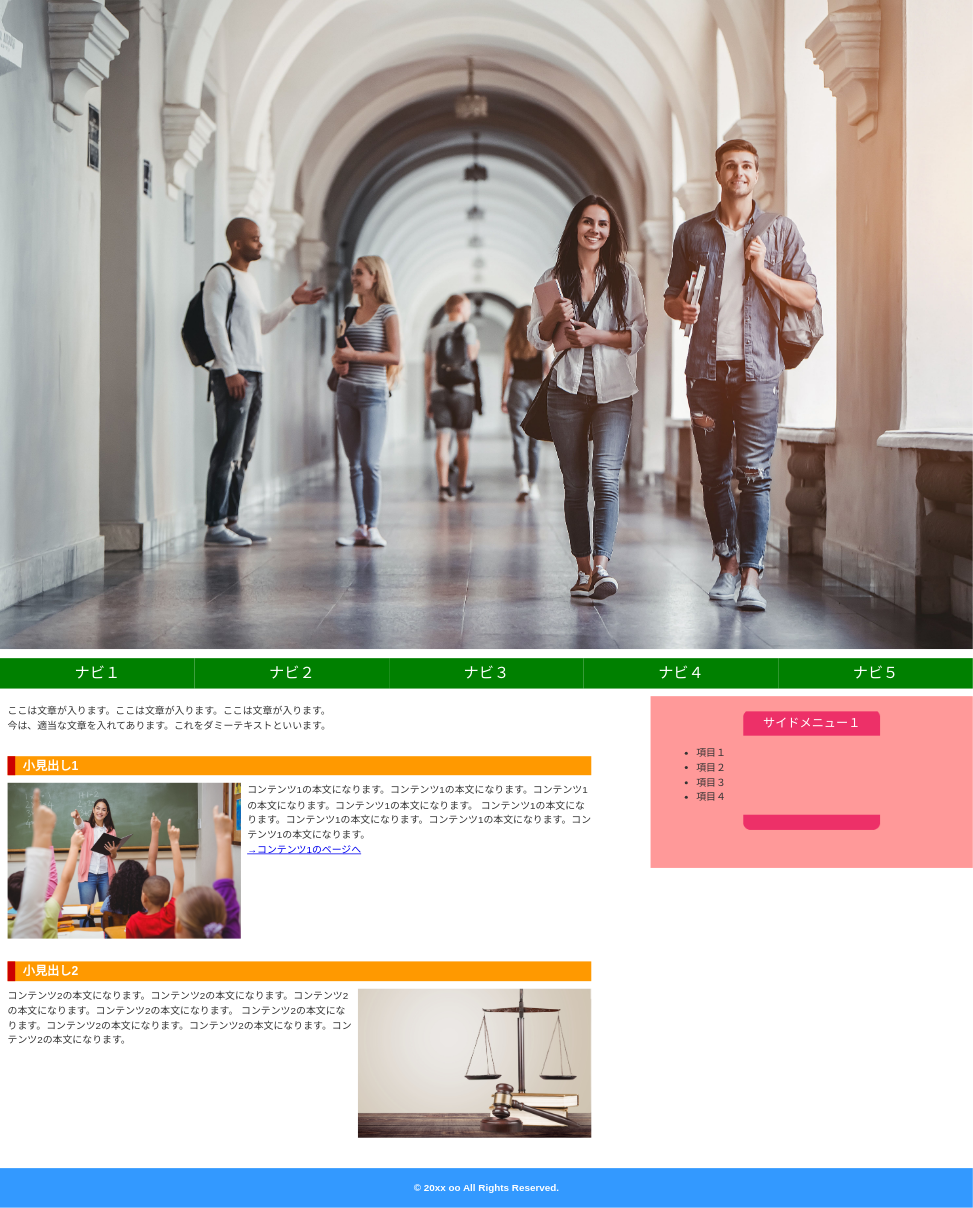
Repository: yoshi1924/samurai_HTML-CSS
Page: home.html
The author's editor kept a record of every edit. The page is drawn from the files as they stood at one moment, then again after the next edit.
The browser window is 1280 px wide. The pictures show the whole page, at 76% of full size.

Above is the page before.

### home.html
    <!DOCTYPE html>
    <html lang="ja">
    <head>
        <meta charset="UTF-8">
        <title>HTML/CSSの学習</title>
        <link rel="stylesheet" href="stylesheet.css">
    </head>
    <body>
        <div id="header">
            <h1><a href="index.html"><img id="corridor" src="images/corridor.jpg" alt="大学の廊下" /></a></h1>
        </div>

        <div id="wrapper">
            <div id="nav">
                <ul>
                    <li><a href="home.html">ナビ１</a></li>
                    <li><a href="#">ナビ２</a></li>
                    <li><a href="#">ナビ３</a></li>
                    <li><a href="#">ナビ４</a></li>
                    <li><a href="#">ナビ５</a></li>
                </ul>
            </div>
        </div>
            <div id="container">
                <div id="main">
                    <div class="post">
                        <p>ここは文章が入ります。ここは文章が入ります。ここは文章が入ります。<br />今は、適当な文章を入れてあります。これをダミーテキストといいます。</p>
                    </div>
                    <div class="post clearfix">
                        <h2>小見出し1</h2>
                        <img class="left" src="images/classroom.jpg" alt="授業風景" />
                        <p>
                            コンテンツ1の本文になります。コンテンツ1の本文になります。コンテンツ1の本文になります。コンテンツ1の本文になります。
                            コンテンツ1の本文になります。コンテンツ1の本文になります。コンテンツ1の本文になります。コンテンツ1の本文になります。
                        </p>
                        <p><a href="#">→コンテンツ1のページへ</a></p>
                    </div>
                    <div class="post clearfix">
                        <h2>小見出し2</h2>
                        <img class="right" src="images/scale.jpg" alt="天秤" />
                        <p>
                            コンテンツ2の本文になります。コンテンツ2の本文になります。コンテンツ2の本文になります。コンテンツ2の本文になります。
                            コンテンツ2の本文になります。コンテンツ2の本文になります。コンテンツ2の本文になります。コンテンツ2の本文になります。
                        </p>
                    </div>
                </div>
                <div id="side">
                    <div class="box">
                        <h2>サイドメニュー１</h2>
                        <div class="boxbody">
                            <ul>
                                <li>項目１</li>
                                <li>項目２</li>
                                <li>項目３</li>
                                <li>項目４</li>
                            </ul>
                        </div>
                    </div>
                </div>
            </div>
            <div id="footer">
            <p>&copy; 20xx oo All Rights Reserved.</p>
        </div>
    </body>
    </html>

### stylesheet.css
@charset "utf-8";

body {
    margin: 0;
    padding: 0;
    font-family: "ヒラギノ角ゴ Pro W3", "Hiragino Kaku Gothic Pro", "メイリオ", Meiryo, Osaka, "ＭＳ Ｐゴシック", "MS PGothic", sans-serif;
    color: #333;
    font-size: 13px;
    line-height: 150%;
}

/* -------------------- wrapper -------------------- */
#wrapper {
    width: 100%;
    margin: auto;
    padding: 0px;
    border: 0px;
    background-color: #FFF;
    top: 10px;
    position: relative;
}

/*  -------------------- header -------------------- */
#header {
    width: 100%;
}

#header h1 {
    margin: 0;
    padding: 0;
}

#corridor {
    width: 100%;
    height: auto;
}

/*  -------------------- footer -------------------- */
#footer {
    clear: both;
    width: 100%;
    padding: 3px 0 3px 0;
    background: #39F;
    color: #FFF;
    font-weight: bold;
    text-align: center;
}

/*  -------------------- nav -------------------- */
#nav {
    width: 100%;
}

#nav ul {
    margin: 0;
    padding: 0;
    list-style-type: none;
}

#nav ul li {
    float: left;
    width: 20%;
    text-align: center;
}

#nav ul li a {
    display: block;
    height: 20px;
    margin: 0;
    padding: 10px;
    color: #fff;
    font-size: 20px;
    text-decoration: none;
    background-color: green;
    border-left: 1px sloid white;
}

#nav ul li a:hover{
    filter: drop-shadow(10px 10px 10px black);
}



/* -------------------- container -------------------- */
#container {
    width: 100%;
    margin: auto;
    padding-top: 20px;
    clear: both;
}


/* -------------------- main -------------------- */
#main {
    float: left;
    width: 60%;
    padding: 10px 30px 10px 10px;
}

#main h2 {
    margin: 0 0 10px 0;
    padding: 3px 10px 3px 10px;
    color: #FFF;
    font-size: 16px;
    border-left: solid 10px #C00;
    background-color: #F90;
}

#main p {
    margin: 0;
    padding: 0;
}

#main .post {
    margin: 0 0 30px 0;
}

#main .post img.right {
    margin: 0 0 0 8px;
}

#main .post img.left {
    margin: 0 8px 0 0;
}

.right {
    float: right;
    width: 40%;
    height: auto;
}

.left {
    float: left;
    width: 40%;
    height: auto;
}

/* -------------------- clearfix -------------------- */
.clearfix {
    zoom: 1;
}

.clearfix:after{
    content: "";
    display: block;
    clear: both;
}

/* -------------------- side -------------------- */
#side {
	 float: right;
	 width: 30%;
	 padding: 20px;
	 background-color: #F99;
}
#side .box {
	 margin: 0 auto 30px auto;
	 padding: 0 0 20px 0;
	 background: url(images/side_box.png) bottom no-repeat;
}
#side .box h2 {
	 margin: 0;
	 padding: 8px;
	 text-align: center;
	 color: #fff;
	 font-size: 16px;
	 line-height: 16px;
	 font-weight: normal;
	 background: url(images/side_box_h2.png) center no-repeat;
}
#side .box .boxBody {
	 padding: 8px;
	 border-right: solid 1px #C36;
	 border-bottom: solid 1px #C36;
	 border-left: solid 1px #C36;
	 background: #fff;
}
#side .box .boxBody ul {
	 margin: 0 0 16px 0;
	 padding: 0;
}
#side .box .boxBody ul li {
	 padding: 8px 0 8px 4px;
	 list-style: none;
	 border-bottom: solid 1px #C36;
}

#side .box.boxBody ul li:hover{
    padding: 8px 0 8px 4px;
    list-style: none;
    border-bottom: solid 1px #C36;
    box-shadow: 0px 4px 4px rgba(0, 0, 0, 0.3);
}

After the next edit:
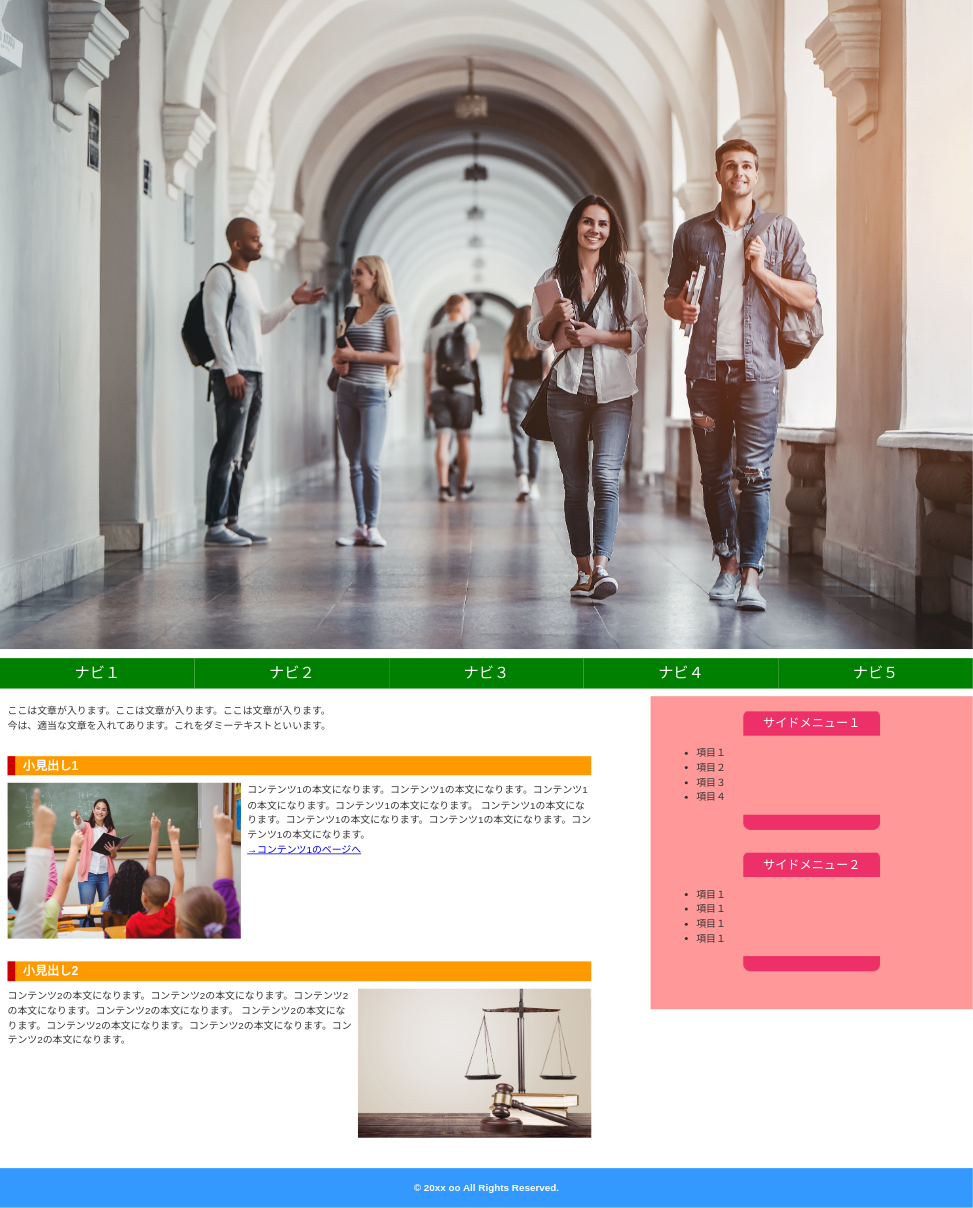
The edit:
--- a/home.html
+++ b/home.html
@@ -56,6 +56,17 @@
                             </ul>
                         </div>
                     </div>
+                    <div class="box">
+                        <h2>サイドメニュー２</h2>
+                        <div class="boxbody">
+                            <ul>
+                                <li>項目１</li>
+                                <li>項目１</li>
+                                <li>項目１</li>
+                                <li>項目１</li>
+                            </ul>
+                        </div>
+                    </div>
                 </div>
             </div>
             <div id="footer">
